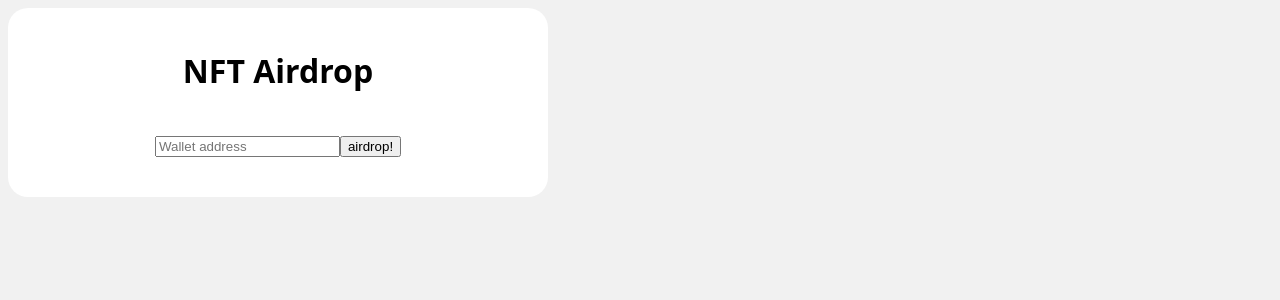
Repository: langf00rd/nft-airdropper
Page: /
The author's editor kept a copy of each file at every save. The page is drawn from the files as they stood at one save, then again after the next save.
The browser window is 1280 px wide. The pictures show the whole page.
The project was rebuilt for these pictures with package versions that can differ from the ones it lists, and the page was loaded fresh each time.

Above is the page before, as saved 2022-07-15 17:15:33.

After the next save:
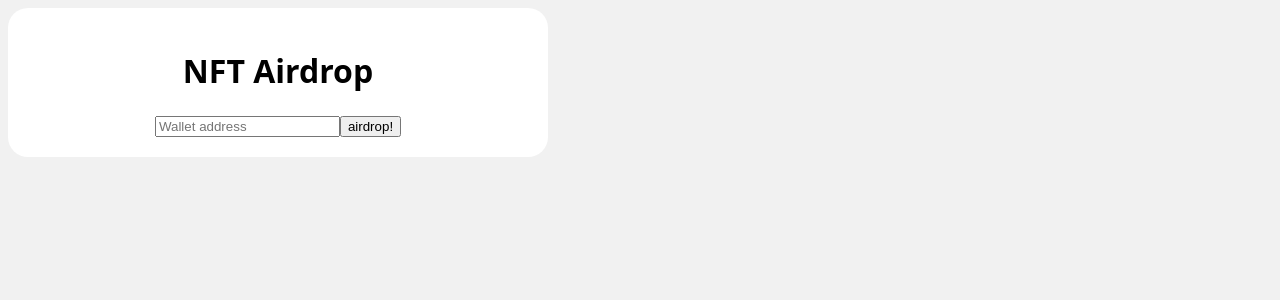
Saved 7 s later.
--- a/src/App.js
+++ b/src/App.js
@@ -5,12 +5,12 @@ function App() {
     <div className="App">
       <main>
         <h1>NFT Airdrop</h1>
-        <main>
+        <div className='content'>
           <div>
             <input placeholder='Wallet address' />
             <button>airdrop!</button>
           </div>
-        </main>
+        </div>
       </main>
     </div >
   );
